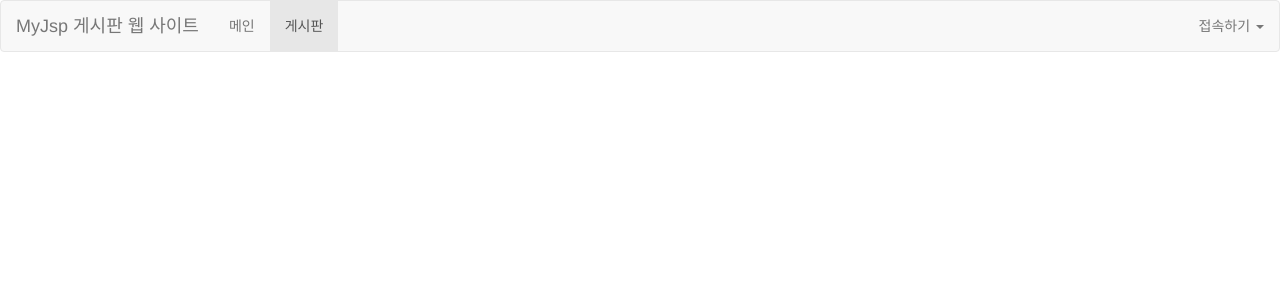
Repository: Ji3un/JspBoard
Page: http://localhost/BBS/bbs.jsp
These files come from the project's save history. The page is drawn as it stood at one moment and after the next save; the edit follows.
The browser window is 1280 px wide. The pictures show the whole page.
Some web libraries are served in a nearby version. The page is served by Tomcat 9.

Above is the page before, as saved 2017-10-03 12:34:50.

After the next save:
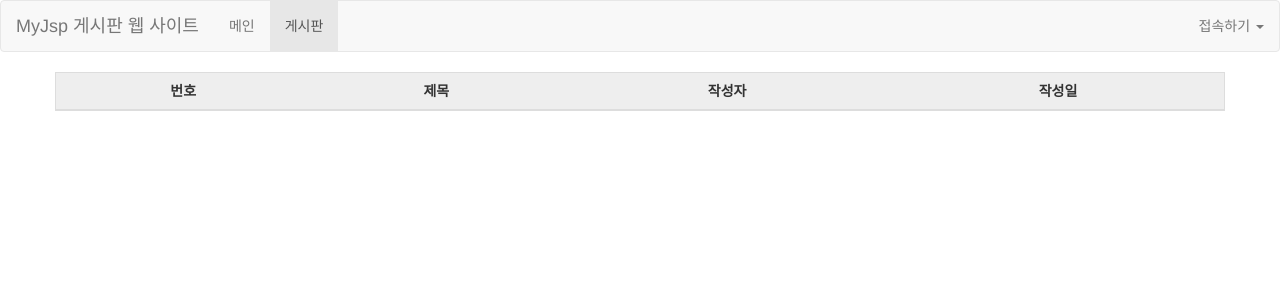
Saved 5 min 53 s later.
--- a/BBS/WebContent/bbs.jsp
+++ b/BBS/WebContent/bbs.jsp
@@ -62,6 +62,20 @@
 			%>
 		</div>
 	</nav>
+	<div class="container">
+		<div class="row">
+			<table class="table table-striped" style="text-align:center; border:1px solid #dddddd;">
+				<thead>
+					<tr>
+						<th style="background-color:#eeeeee; text-align:center;">번호</th>
+						<th style="background-color:#eeeeee; text-align:center;">제목</th>
+						<th style="background-color:#eeeeee; text-align:center;">작성자</th>
+						<th style="background-color:#eeeeee; text-align:center;">작성일</th>
+					</tr>
+				</thead>
+			</table>
+		</div>
+	</div>
 	<script src="https://code.jquery.com/jquery-3.2.1.min.js"></script>
 	<script src="js/bootstrap.js"></script>
 </body>
